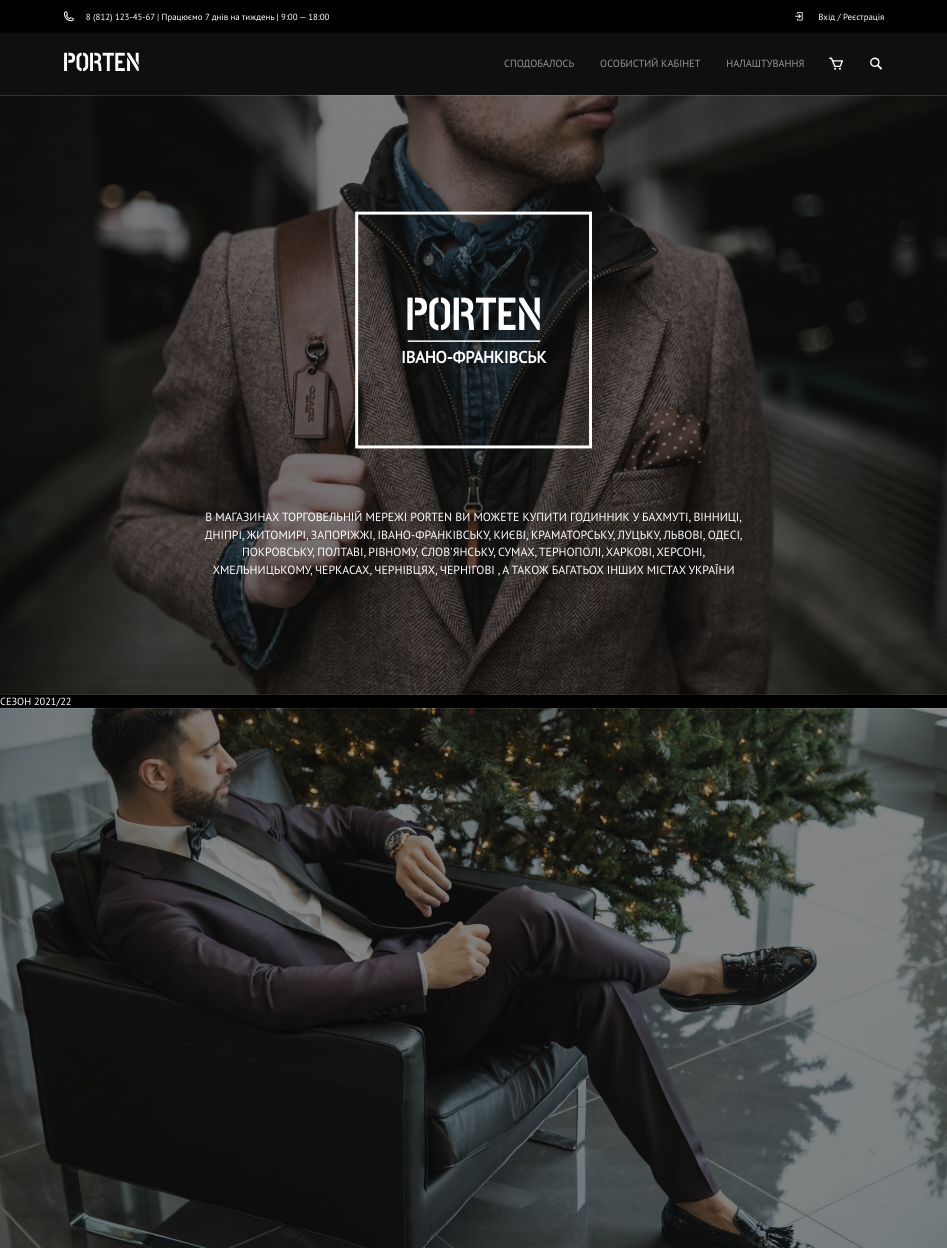
Repository: KYUUBI-K/porten
Page: index.html
These files come from the project's save history. The page is drawn as it stood at one moment and after the next save; the edit follows.
The browser window is 1280 px wide. The pictures show the whole page, at 74% of full size.

Above is the page before, as saved 2025-09-09 22:11:12.

After the next save:
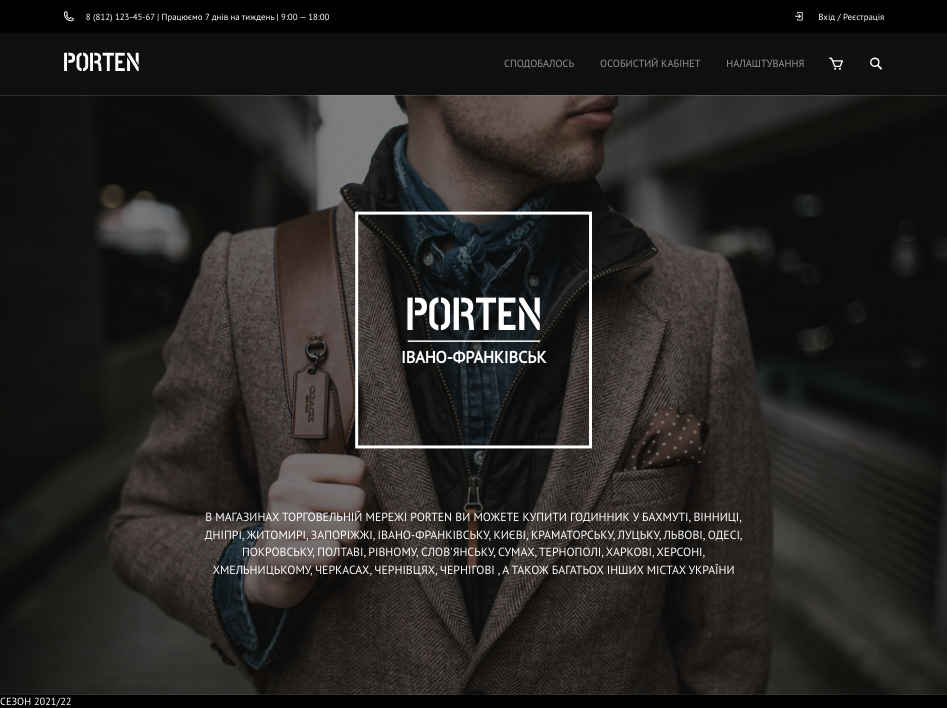
Saved 11 s later.
--- a/styles.css
+++ b/styles.css
@@ -180,8 +180,6 @@
 }
 
 .catalog {
-  min-height: 730px;
-  min-width: 880px;
   background: linear-gradient(
       0deg,
       rgba(15, 15, 15, 0.5) 0%,

After the save that followed:
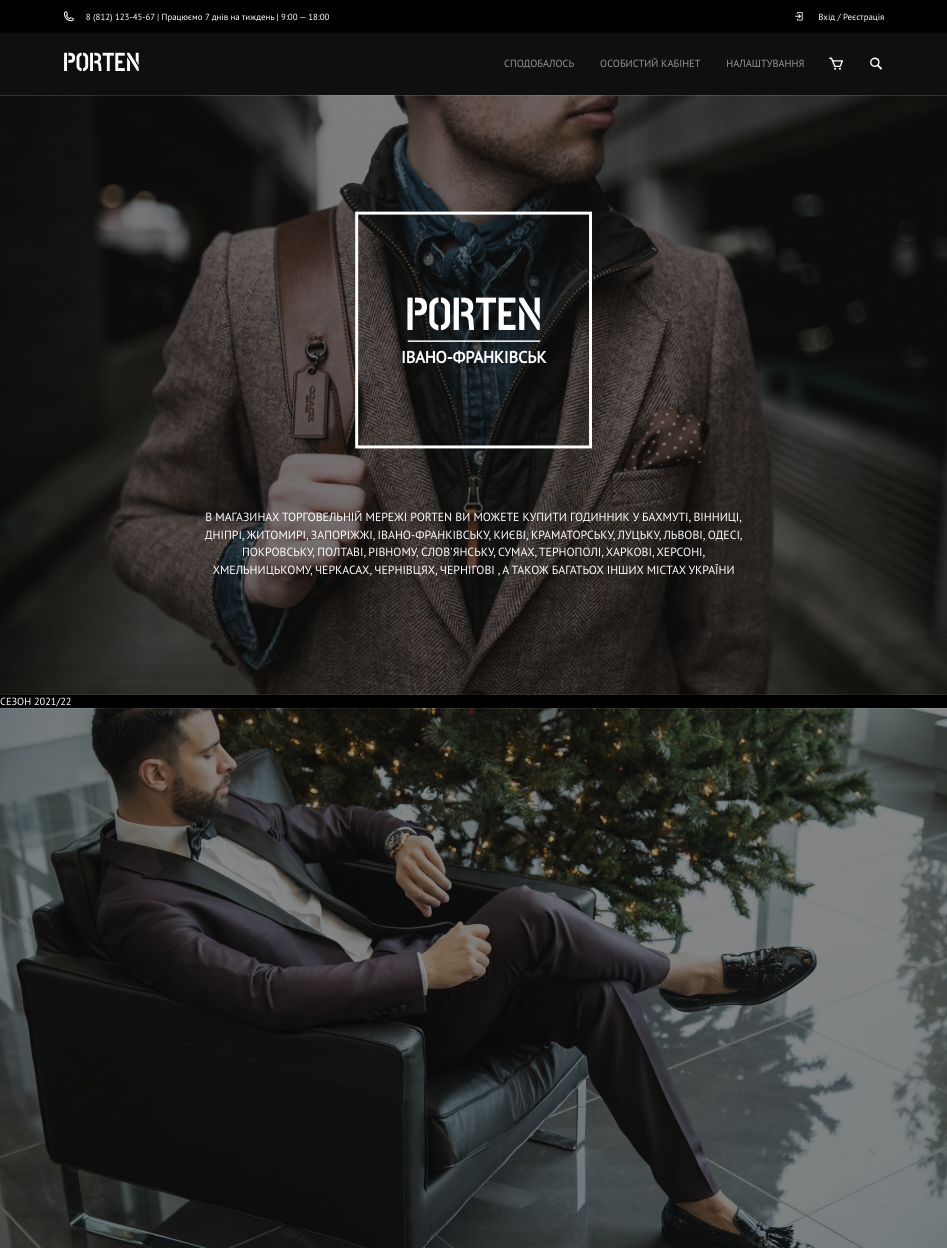
Saved 8 s later.
--- a/styles.css
+++ b/styles.css
@@ -180,6 +180,7 @@
 }
 
 .catalog {
+  min-height: 730px;
   background: linear-gradient(
       0deg,
       rgba(15, 15, 15, 0.5) 0%,
